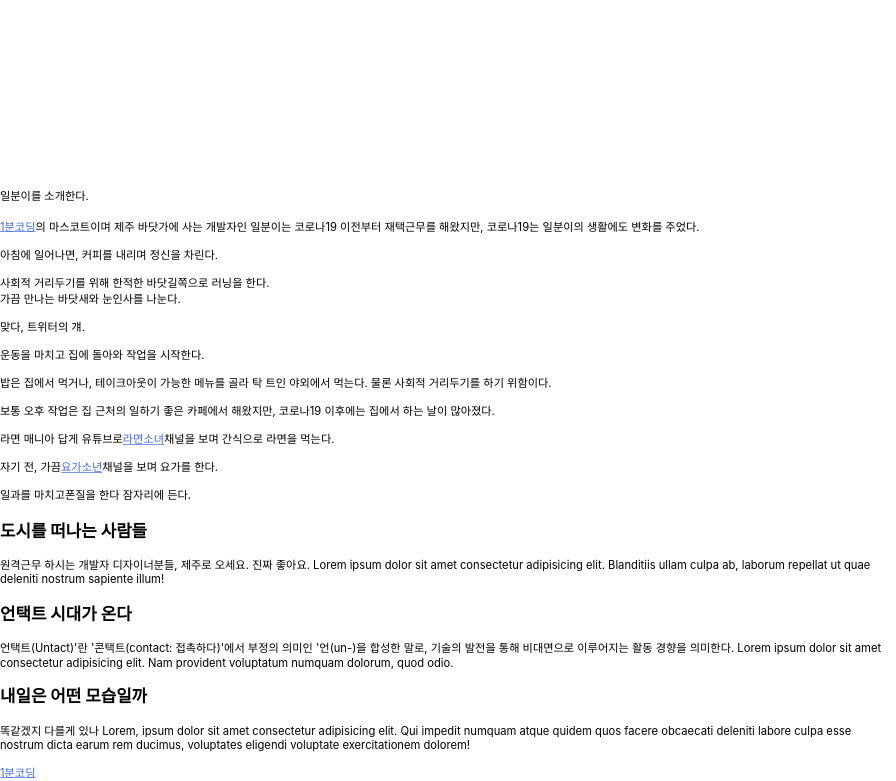
Repository: westone034626/ReactPractice
Page: /
These files come from the project's save history. The page is drawn as it stood at one moment and after the next save; the edit follows.
The browser window is 1280 px wide. The pictures show the part of the page from y = 718 to 2638 px (the page is 1833 px tall before and 6453 px after), at 70% of full size.
The project was rebuilt for these pictures with package versions that can differ from the ones it lists, and the page was loaded fresh each time. Also part of the build but not shown: src/App.css.

Above is the page before, as saved 2021-10-31 23:30:58.

After the next save:
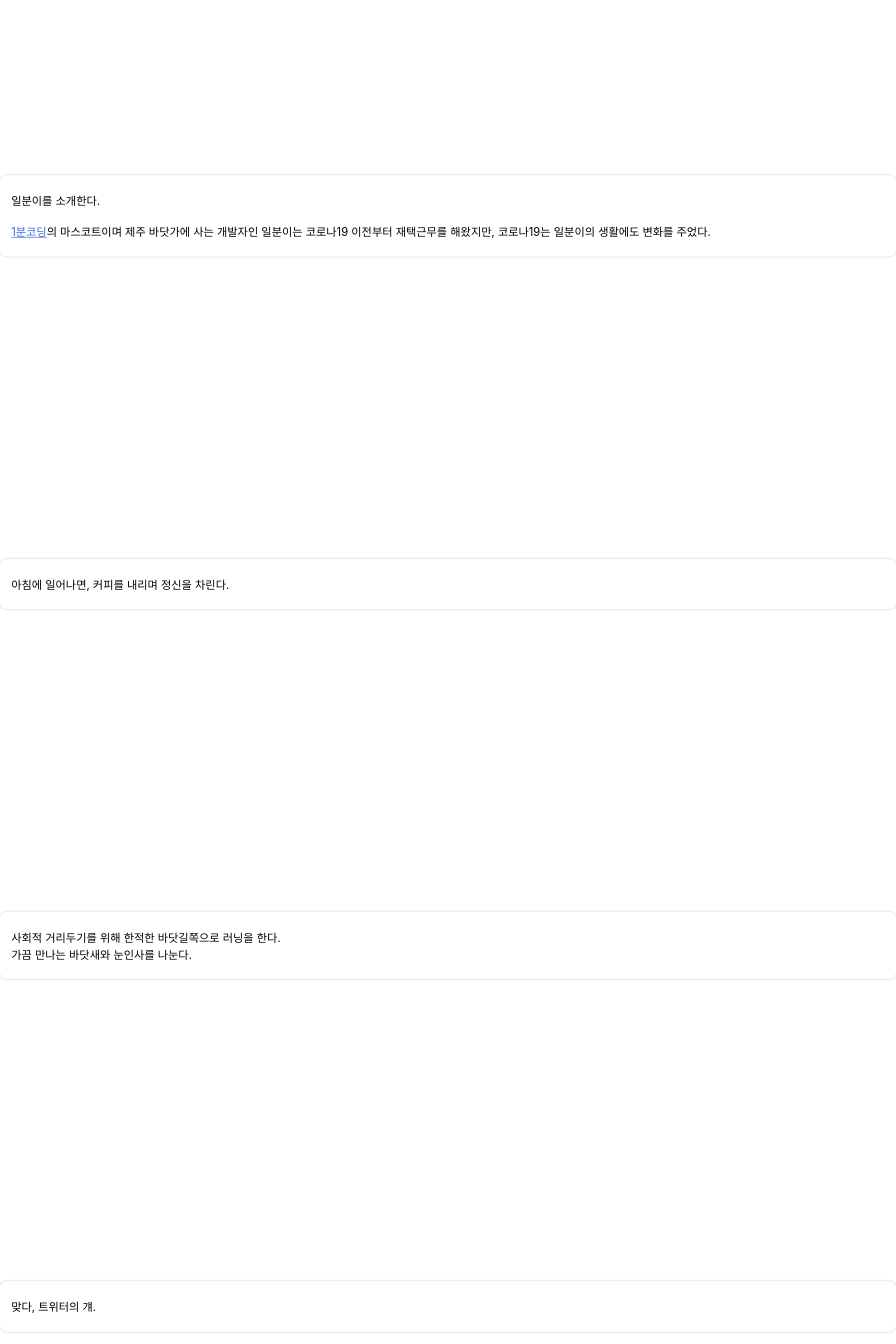
Saved 14 s later.
--- a/src/App.js
+++ b/src/App.js
@@ -62,7 +62,7 @@ function App() {
           </div>
         </div>
         <div className={[styles.scrollText, styles.globalWidth]}>
-          <div className="step">
+          <div className={styles.step}>
             <p>
               일분이를 소개한다.
               <br />
@@ -75,35 +75,35 @@ function App() {
               주었다.
             </p>
           </div>
-          <div className="step">
+          <div className={styles.step}>
             <p>아침에 일어나면, 커피를 내리며 정신을 차린다.</p>
           </div>
-          <div className="step">
+          <div className={styles.step}>
             <p>
               사회적 거리두기를 위해 한적한 바닷길쪽으로 러닝을 한다.
               <br />
               가끔 만나는 바닷새와 눈인사를 나눈다.
             </p>
           </div>
-          <div className="step">
+          <div className={styles.step}>
             <p>맞다, 트위터의 걔.</p>
           </div>
-          <div className="step">
+          <div className={styles.step}>
             <p>운동을 마치고 집에 돌아와 작업을 시작한다.</p>
           </div>
-          <div className="step">
+          <div className={styles.step}>
             <p>
               밥은 집에서 먹거나, 테이크아웃이 가능한 메뉴를 골라 탁 트인
               야외에서 먹는다. 물론 사회적 거리두기를 하기 위함이다.
             </p>
           </div>
-          <div className="step">
+          <div className={styles.step}>
             <p>
               보통 오후 작업은 집 근처의 일하기 좋은 카페에서 해왔지만, 코로나19
               이후에는 집에서 하는 날이 많아졌다.
             </p>
           </div>
-          <div className="step">
+          <div className={styles.step}>
             <p>
               라면 매니아 답게 유튜브로
               <a
@@ -115,7 +115,7 @@ function App() {
               채널을 보며 간식으로 라면을 먹는다.
             </p>
           </div>
-          <div className="step">
+          <div className={styles.step}>
             <p>
               자기 전, 가끔
               <a
@@ -127,7 +127,7 @@ function App() {
               채널을 보며 요가를 한다.
             </p>
           </div>
-          <div className="step">
+          <div className={styles.step}>
             <p>
               일과를 마치고
               <span className="strikethrough">폰질을 한다</span> 잠자리에 든다.
